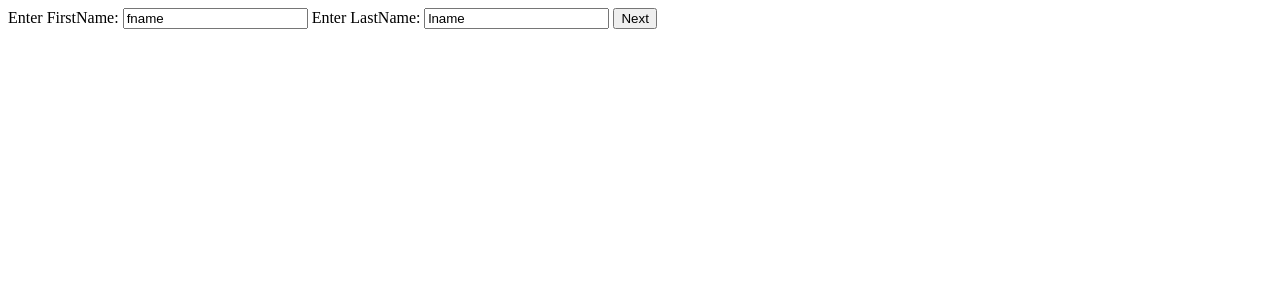
Repository: yrosario/ServeletPractiseEclipse
Page: session_demo/WebContent/one.html
An editor plug-in stored every save of this project. The page is shown before and after the next save, followed by the edit.
The browser window is 1280 px wide. The pictures show the whole page.

Above is the page before, as saved 2021-05-01 23:08:12.

### session_demo/WebContent/one.html
<!DOCTYPE html>
<html>
<head>
<meta charset="UTF-8">
<title>One</title>
</head>
<body>
	<form action="FirstServlet" method="post">
		Enter FirstName: <input type="text" value="fname">
		Enter LastName: <input type="text" value="lname">
		<input type="submit" value="Next">
	</form>
</body>
</html>

After the next save:
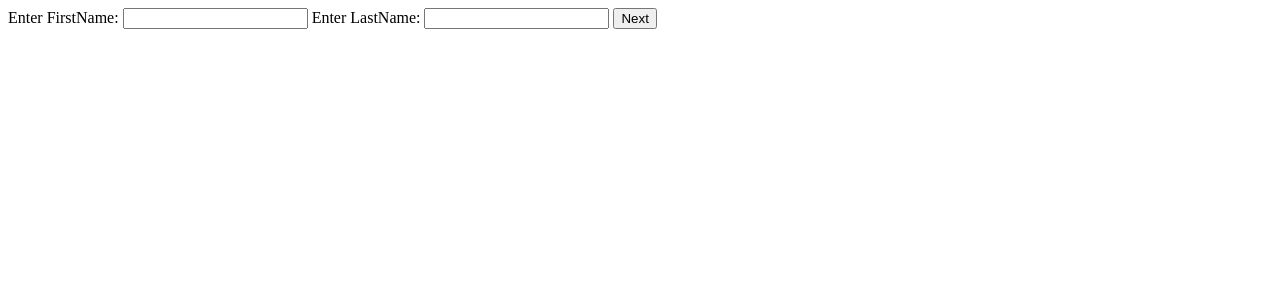
Saved 2 h 27 min later.
--- a/session_demo/WebContent/one.html
+++ b/session_demo/WebContent/one.html
@@ -6,8 +6,8 @@
 </head>
 <body>
 	<form action="FirstServlet" method="post">
-		Enter FirstName: <input type="text" value="fname">
-		Enter LastName: <input type="text" value="lname">
+		Enter FirstName: <input type="text" name="fname">
+		Enter LastName: <input type="text" name="lname">
 		<input type="submit" value="Next">
 	</form>
 </body>
